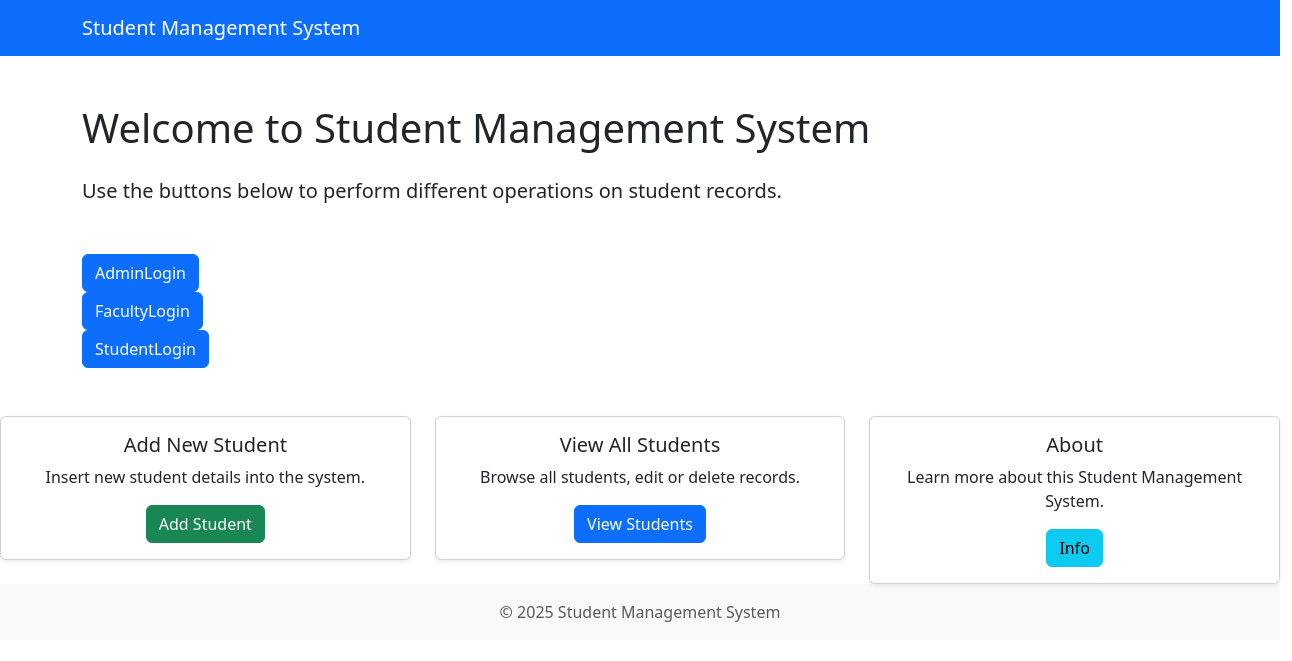
Repository: BorudePiyush/StudentMANAGEMENTSystem-using-java
Page: http://localhost/Student_management_systems/
The author's editor kept a copy of each file at every save. The page is drawn from the files as they stood at one save, then again after the next save.
The browser window is 1280 px wide. The page is 1292 px wide, so the pictures cover 1292 px, including what lies to the right of the window. The pictures show the whole page.
The page is served by Tomcat 10.

Above is the page before, as saved 2025-06-08 06:40:25.

After the next save:
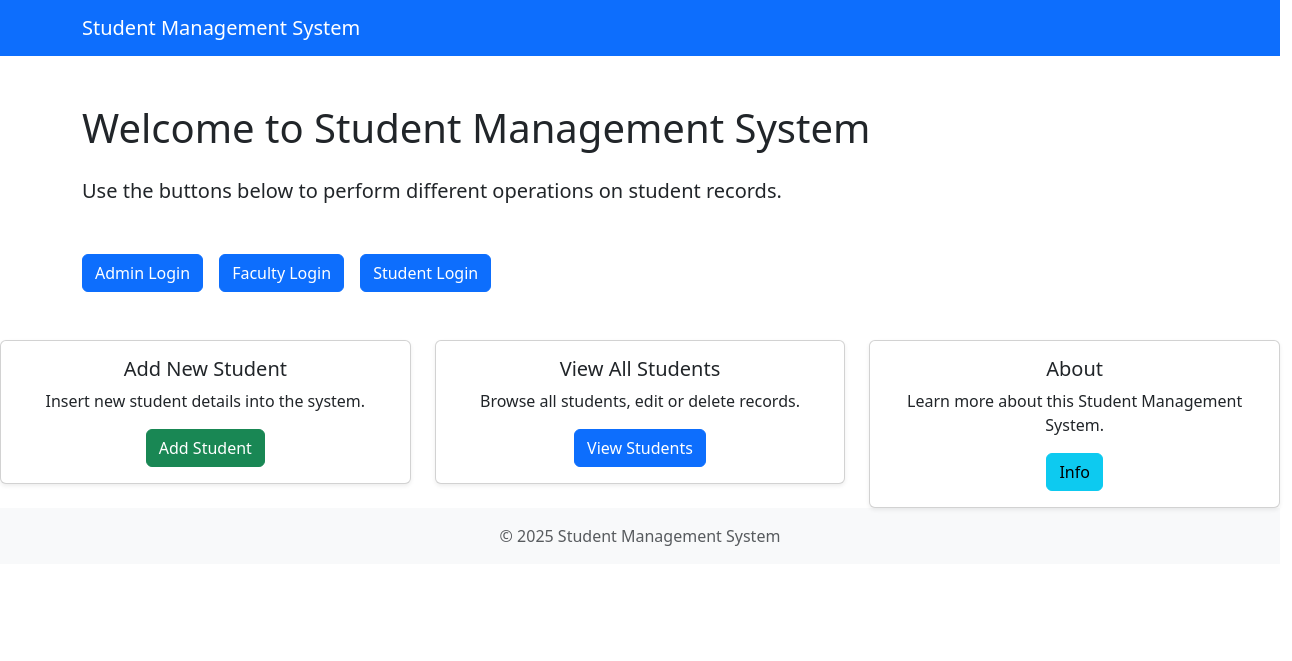
Saved 3 min 54 s later.
--- a/Student management systems/src/main/webapp/index.html
+++ b/Student management systems/src/main/webapp/index.html
@@ -25,15 +25,11 @@
     </div>
 
 
-<div class="container mt-5">
-    <a href="AdminLogin" class="btn btn-primary">AdminLogin</a>
-    </div>
-    <div class="container mt-6">
-    <a href="FacultyLogin" class="btn btn-primary">FacultyLogin</a>
-    </div>
-    <div class="container mt-7" >
-    <a href="StudentLogin" class="btn btn-primary">StudentLogin</a>
-    </div>
+<div class="container mt-5 d-flex gap-3">
+  <a href="AdminLogin" class="btn btn-primary">Admin Login</a>
+  <a href="FacultyLogin" class="btn btn-primary">Faculty Login</a>
+  <a href="StudentLogin" class="btn btn-primary">Student Login</a>
+</div>
 
 
     <div class="row g-4 mt-4">
